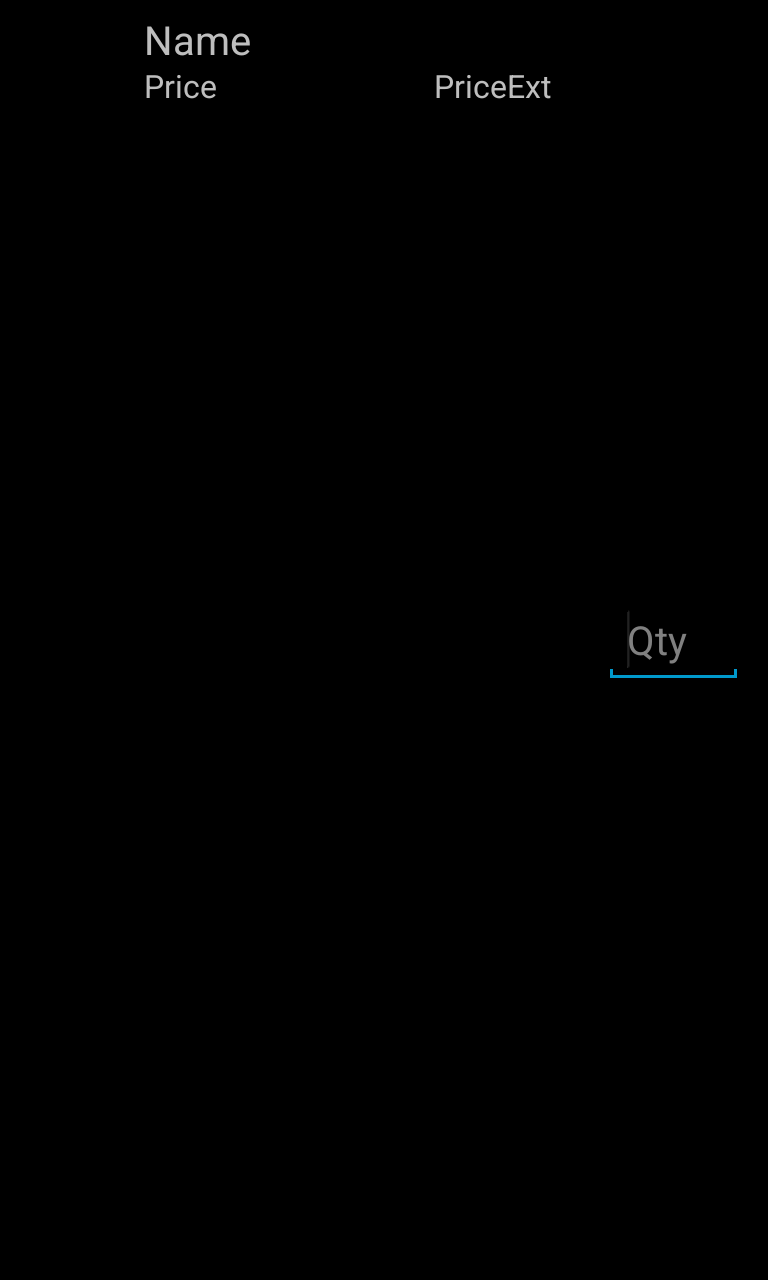
Repository: Adammdit/DT2283GUI
Layout: GunSmoke/res/layout/listrow_details.xml
An editor plug-in stored every save of this project. The layout is shown before and after the next save, followed by the edit.
It is drawn on a 768 x 1280 px phone screen (xhdpi) without system bars, with theme android:Theme.Holo; the app's code is not run.

Above is the layout before, as saved 2014-11-07 18:07:41.

After the next save:
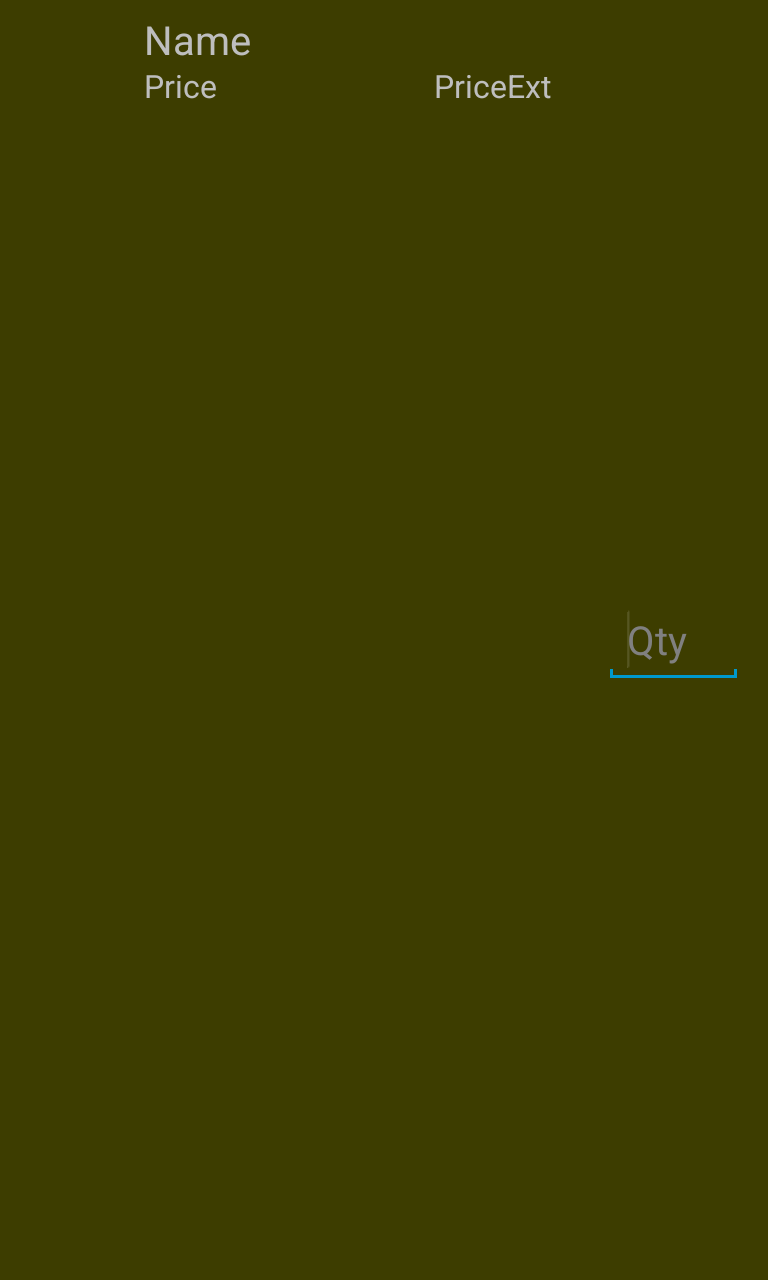
Saved 10 s later.
--- a/GunSmoke/res/layout/listrow_details.xml
+++ b/GunSmoke/res/layout/listrow_details.xml
@@ -3,7 +3,7 @@
     android:layout_width="fill_parent"
     android:layout_height="wrap_content"
     android:orientation="vertical"
-    android:background="3D3D00"
+    android:background="#3D3D00"
     android:padding="6dip" >
 
     <ImageView
